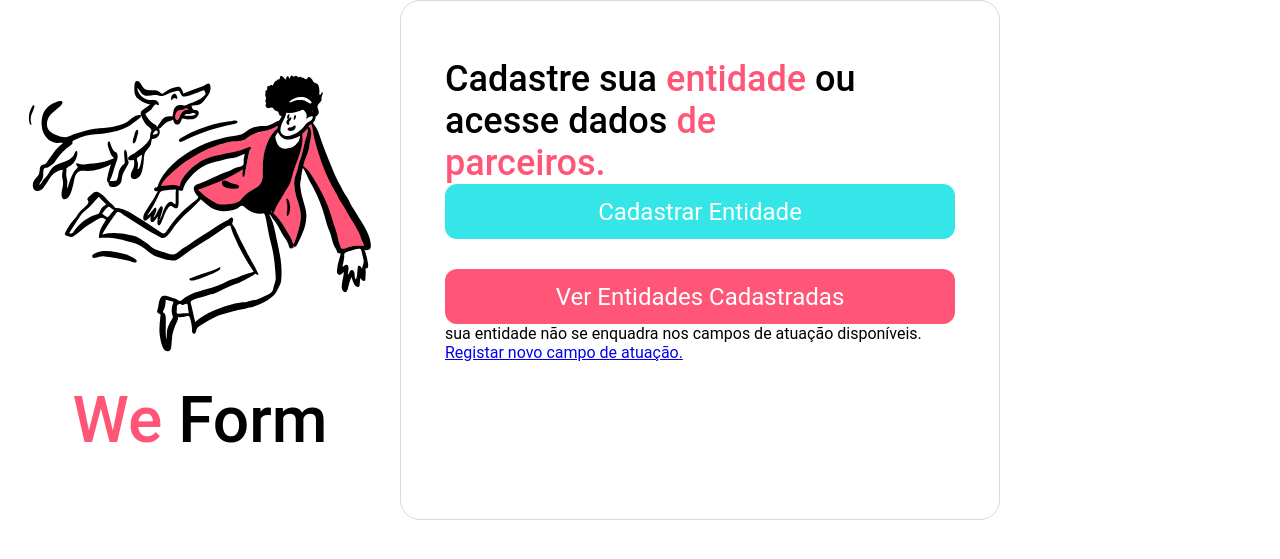
Repository: guilhermecardoso93/we-form
Page: index.html
The author's editor kept a copy of each file at every save. The page is drawn from the files as they stood at one save, then again after the next save.
The browser window is 1280 px wide. The pictures show the whole page.

Above is the page before, as saved 2024-06-09 17:31:34.

### index.html
<!DOCTYPE html>
<html lang="pt-BR">

<head>
    <meta charset="UTF-8">
    <meta name="viewport" content="width=device-width, initial-scale=1.0">
    <link rel="stylesheet" href="./styles.css">
    <title>We Form</title>
</head>

<body>
    <div class="content">

        <aside>
            <img src="./assets/hero.svg" alt="Ilustração mulher com cachorro" />
            <h1>
                <span>We</span> Form
            </h1>
        </aside>

        <main>
            <h2>Cadastre sua <span>entidade</span> ou acesse dados <span>de parceiros.</span></h2>
            <div class="buttons">
                <button>
                <a href="http://">Cadastrar Entidade</a>
            </button>
                <button>
                <a href="http://">Ver Entidades Cadastradas</a>
            </button>
            </div>
            <p>sua entidade não se enquadra nos campos de atuação disponíveis.</p>
            <a href="http://">Registar novo campo de atuação.</a>
        </main>
    </div>
</body>

</html>

### styles.css
* {
  padding: 0;
  margin: 0;
  box-sizing: border-box;
  font-family: Roboto, sans-serif;
}

:root {
  font-size: 62.5%;
}

body {
  margin: auto;
  font-size: 1.6rem;
}

.content {
  display: flex;
}

aside {
  display: flex;
  flex-direction: column;
  align-items: center;
  justify-content: center;
  gap: 2rem;
}

aside h1 {
  font-size: 6.4rem;
  font-weight: 500;
  line-height: 75px;
}

aside h1>span, main h2>span {
  color: #FF5678;
}

aside img {
  width: 40rem;
}


main {
  width: 60rem;
  height: 52rem;
  border: 1px solid rgba(0, 0, 0, 0.15);
  border-radius: 20px;
  padding: 5.7rem 4.4rem;
}

main h2 {
  max-width: 43rem;
  font-size: 3.6rem;
  font-weight: 500;
}

.buttons {
  display: flex;
  flex-direction: column;
  justify-content: center;
  gap: 3rem;
  text-decoration: none;
}


.buttons button {
  background-color: #35e6e9;
  height: 5.5rem;
  border: none;
  border-radius: 12px;
}

.buttons button:hover {
  opacity: 0.5;
}

.buttons button a {
  text-decoration: none;
  color: #fff;
  font-size: 2.4rem;
}

.buttons button+button {
  background-color: #FF5678;
}

After the next save:
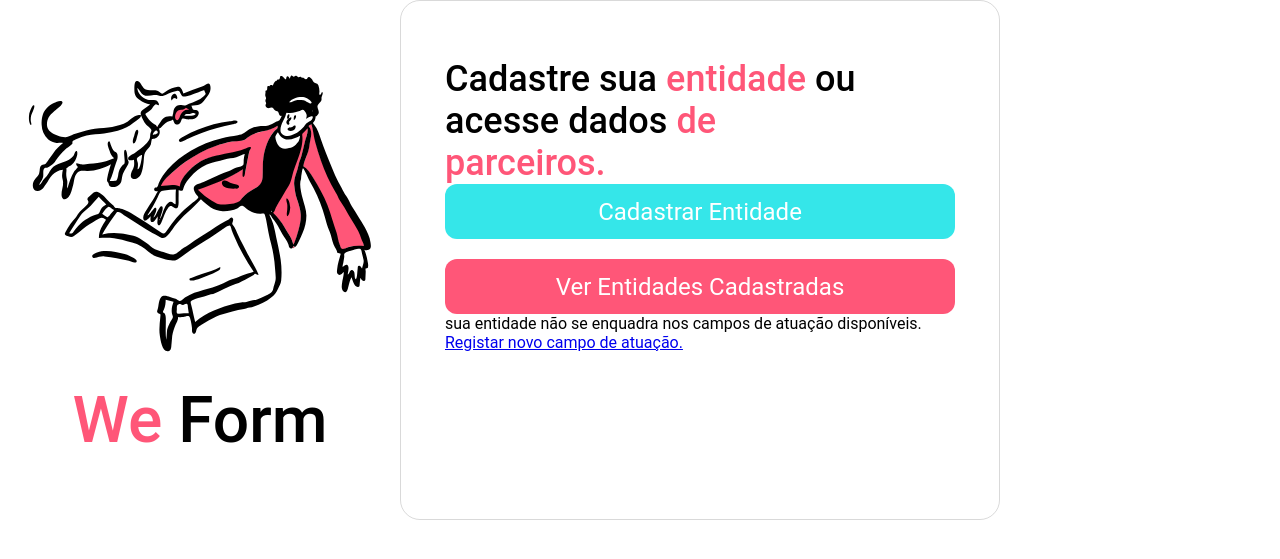
Saved 5 s later.
--- a/styles.css
+++ b/styles.css
@@ -59,7 +59,7 @@ main h2 {
   display: flex;
   flex-direction: column;
   justify-content: center;
-  gap: 3rem;
+  gap: 2rem;
   text-decoration: none;
 }
 
